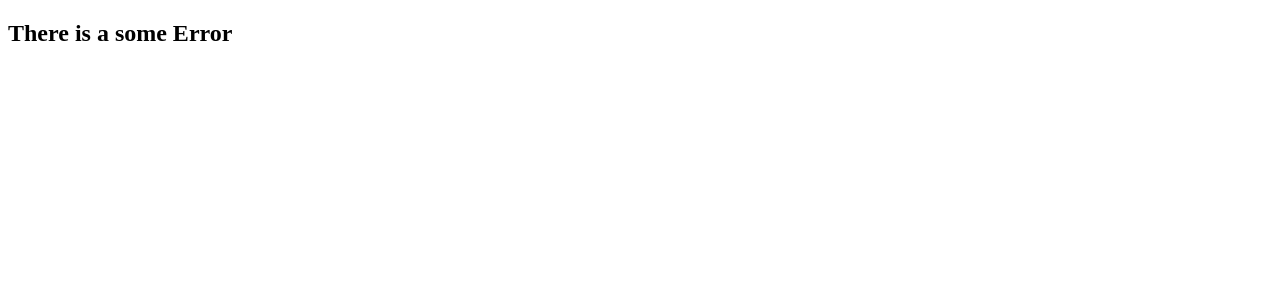
Repository: PNSVN3035/excelr-evening-full-stack
Page: http://localhost/login-application/loginError.jsp
These files come from the project's save history. The page is drawn as it stood at one moment and after the next save; the edit follows.
The browser window is 1280 px wide. The pictures show the whole page.
The page is served by Tomcat 9. Other server files are loaded and not shown.

Above is the page before, as saved 2024-05-23 01:24:46.

### ExcelREvening/Backend/servlets-and-jsp/04-servlets-and-jsp-projects/login-application/src/main/webapp/loginError.jsp
<!DOCTYPE html>
<html>
	<head>
		<meta charset="ISO-8859-1">
		<title>Error Page</title>
	</head>
	<body>
	<h2>There is a some Error</h2>
	</body>
</html>

After the next save:
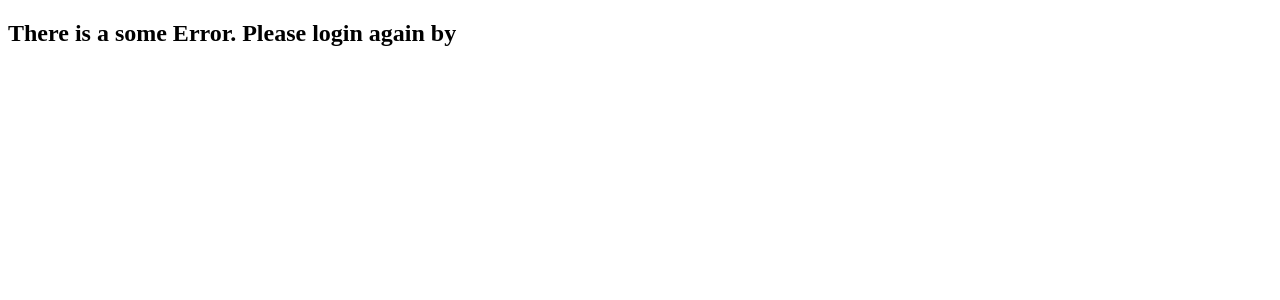
Saved 18 s later.
--- a/ExcelREvening/Backend/servlets-and-jsp/04-servlets-and-jsp-projects/login-application/src/main/webapp/loginError.jsp
+++ b/ExcelREvening/Backend/servlets-and-jsp/04-servlets-and-jsp-projects/login-application/src/main/webapp/loginError.jsp
@@ -5,6 +5,6 @@
 		<title>Error Page</title>
 	</head>
 	<body>
-	<h2>There is a some Error</h2>
+	<h2>There is a some Error. Please login again by</h2>
 	</body>
 </html>
